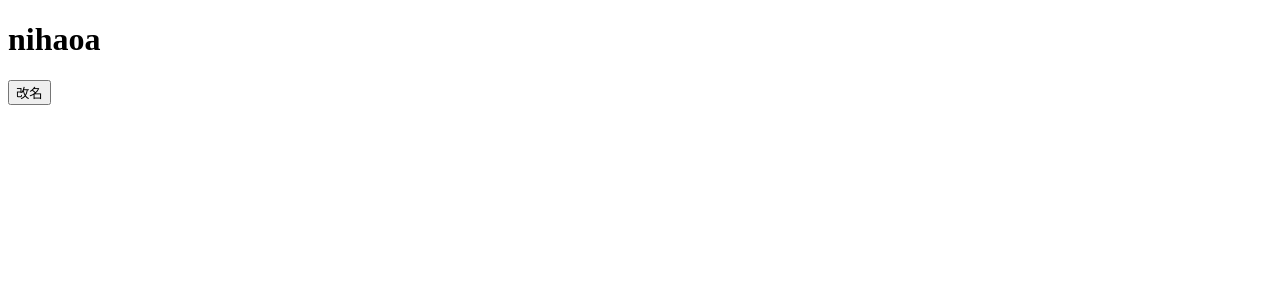
Repository: zgw88/vite-svelte
Page: /
The author's editor kept a copy of each file at every save. The page is drawn from the files as they stood at one save, then again after the next save.
The browser window is 1280 px wide. The pictures show the whole page.
The project was rebuilt for these pictures with package versions that can differ from the ones it lists, and the page was loaded fresh each time. Also part of the build but not shown: vite.config.js, src/app.css.

Above is the page before, as saved 2022-08-08 16:52:44.

After the next save:
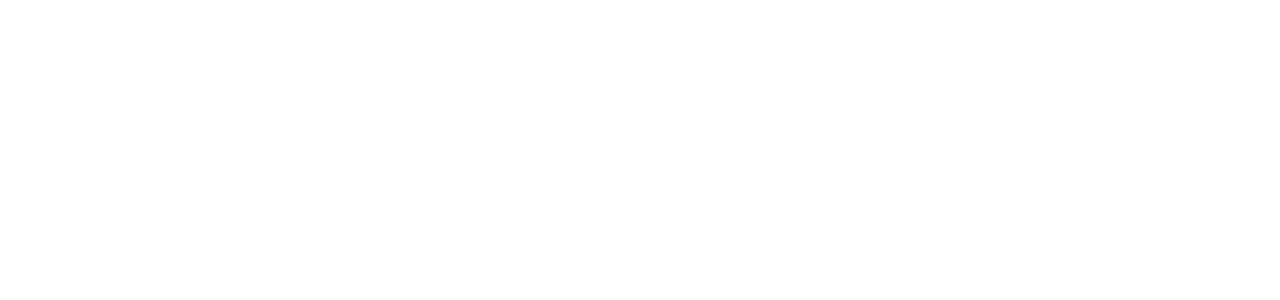
Console error: ReferenceError: state is not defined
Saved 72 s later.
--- a/src/App.svelte
+++ b/src/App.svelte
@@ -21,6 +21,9 @@
 <span>{a} + {b} = {a + b}</span> -->
 <!-- <div style="color: {color}">{@html el1}</div> -->
 <div class:active={foo}>{@html el1}</div>
+{#if state}
+  <div>{@html el1}</div>
+{/if}
 <button on:click={handleClick}>改名</button>
 
 

After the save that followed:
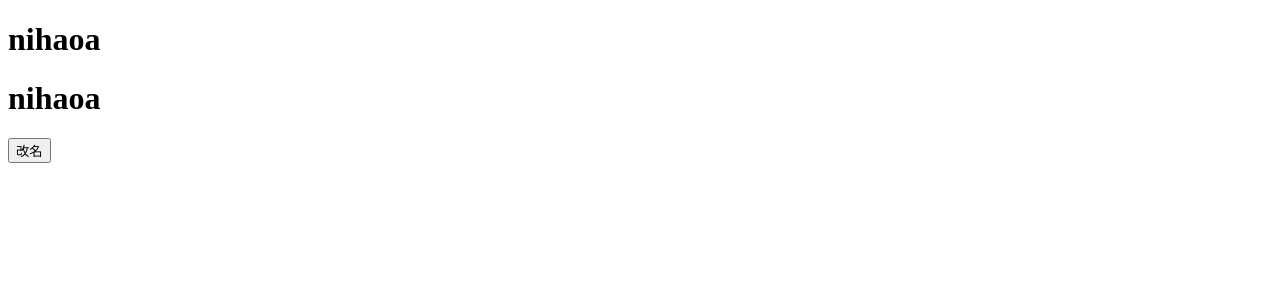
The error is gone.
Saved 8 s later.
--- a/src/App.svelte
+++ b/src/App.svelte
@@ -5,6 +5,7 @@
   let el1 = `<h1> ${name} </h1>`
   let color = 'pink'
   let foo = true
+  let state = true
   setTimeout(() =>{
     color = 'green'
     foo = false
